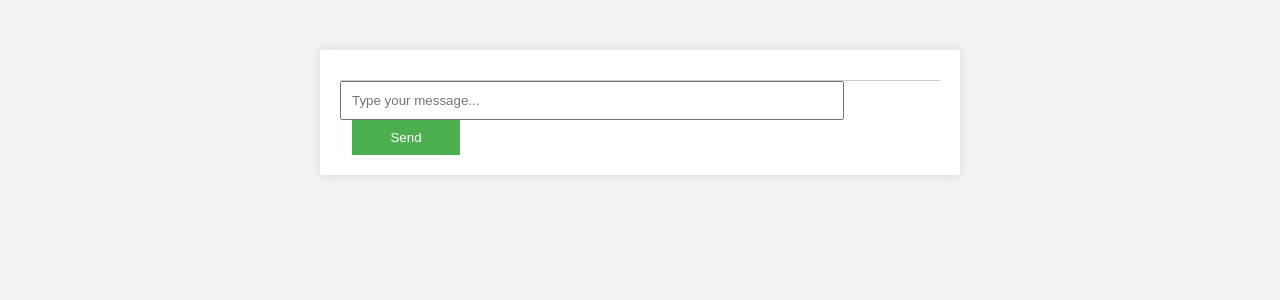
Repository: KanmegneTabouguie/realtimechat
Page: public/index.html
These files come from the project's save history. The page is drawn as it stood at one moment and after the next save; the edit follows.
The browser window is 1280 px wide. The pictures show the whole page.
The page's requests for data from a server got no answer. Some web libraries are served in a nearby version.

Above is the page before, as saved 2024-03-04 14:38:21.

### public/index.html
<!DOCTYPE html>
<html lang="en">
<head>
  <meta charset="UTF-8">
  <meta name="viewport" content="width=device-width, initial-scale=1.0">
  <title>Real-Time Chat App</title>
  <link rel="stylesheet" href="./style.css">
  <script src="https://code.jquery.com/jquery-3.6.4.min.js"></script>
</head>
<body>
  <div id="chat-container">
    <div id="chat-messages"></div>
    <input type="text" id="message-input" placeholder="Type your message...">
    <button id="send-button">Send</button>
  </div>
  <script src="https://cdnjs.cloudflare.com/ajax/libs/socket.io/4.0.0/socket.io.js"></script>
  <script src="./script.js"></script>
</body>
</html>

### public/style.css
body {
    font-family: Arial, sans-serif;
    margin: 0;
    padding: 0;
    background-color: #f2f2f2;
  }

  #chat-container {
    max-width: 600px;
    margin: 50px auto;
    background-color: #fff;
    padding: 20px;
    box-shadow: 0 0 10px rgba(0, 0, 0, 0.1);
  }

  #chat-messages {
    max-height: 300px;
    overflow-y: auto;
    border-bottom: 1px solid #ccc;
    padding-bottom: 10px;
  }

  #message-input {
    width: 80%;
    padding: 10px;
  }

  #send-button {
    width: 18%;
    padding: 10px;
    margin-left: 2%;
    background-color: #4caf50;
    color: #fff;
    border: none;
    cursor: pointer;
  }

  #send-button:hover {
    background-color: #45a049;
  }

  /* Add more styles as needed */

### public/script.js
$(document).ready(function () {
    const socket = io();
    const userId = Math.random().toString(36).substr(2, 9); // Unique identifier for the user (demo purpose)

    // Function to add a message to the chat
    function addMessage(message, senderId, isPrivate) {
      const isCurrentUser = senderId === userId;
      const senderClass = isCurrentUser ? 'current-user' : 'other-user';
      const messageElement = $('<div>').addClass(`message ${senderClass}`).text(`${isCurrentUser ? 'You' : 'Other user'}: ${message}`);

      if (isPrivate) {
        messageElement.addClass('private-message');
      }

      $('#chat-messages').append(messageElement);
    }

    // Event listener for the Send button
    $('#send-button').click(function () {
      const message = $('#message-input').val();
      const receiverId = $('#receiver-id').val().trim(); // Get the receiver's ID from the input field

      if (message !== '' && receiverId !== '') {
        // Emit a 'private message' event to the server
        socket.emit('private message', { senderId: userId, receiverId, message });

        // Clear the input fields
        $('#message-input').val('');
        $('#receiver-id').val('');
      }
    });

    // Listen for 'private message' events from the server
    socket.on('private message', function (data) {
      addMessage(data.message, data.senderId, true);
    });

    // Handle additional chat-related events and features as needed
  });

After the next save:
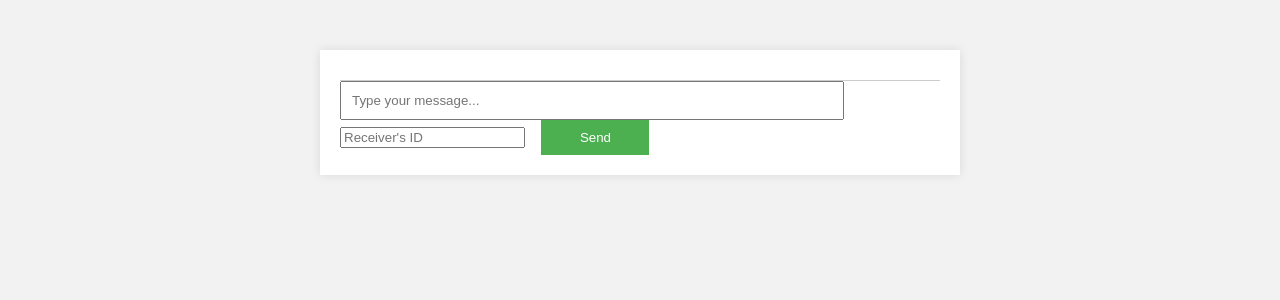
Saved 22 s later.
--- a/public/index.html
+++ b/public/index.html
@@ -11,6 +11,7 @@
   <div id="chat-container">
     <div id="chat-messages"></div>
     <input type="text" id="message-input" placeholder="Type your message...">
+    <input type="text" id="receiver-id" placeholder="Receiver's ID"> <!-- Add a field for the receiver's ID -->
     <button id="send-button">Send</button>
   </div>
   <script src="https://cdnjs.cloudflare.com/ajax/libs/socket.io/4.0.0/socket.io.js"></script>
